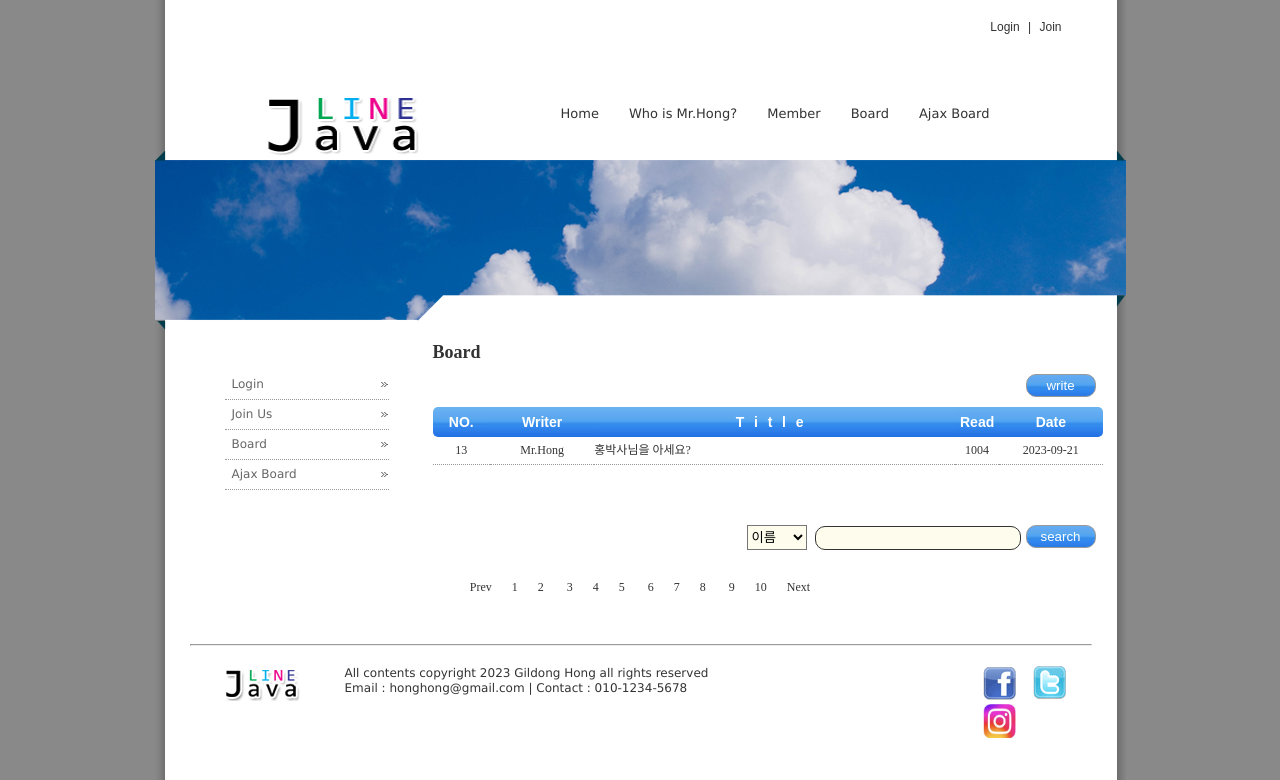
Repository: JIYEON25/model
Page: model1/myJSP/myHTML/src/main/webapp/mainpage.html
An editor plug-in stored every save of this project. The page is shown before and after the next save, followed by the edit.
The browser window is 1280 px wide. The pictures show the whole page.

Above is the page before, as saved 2023-09-20 12:18:32.

After the next save:
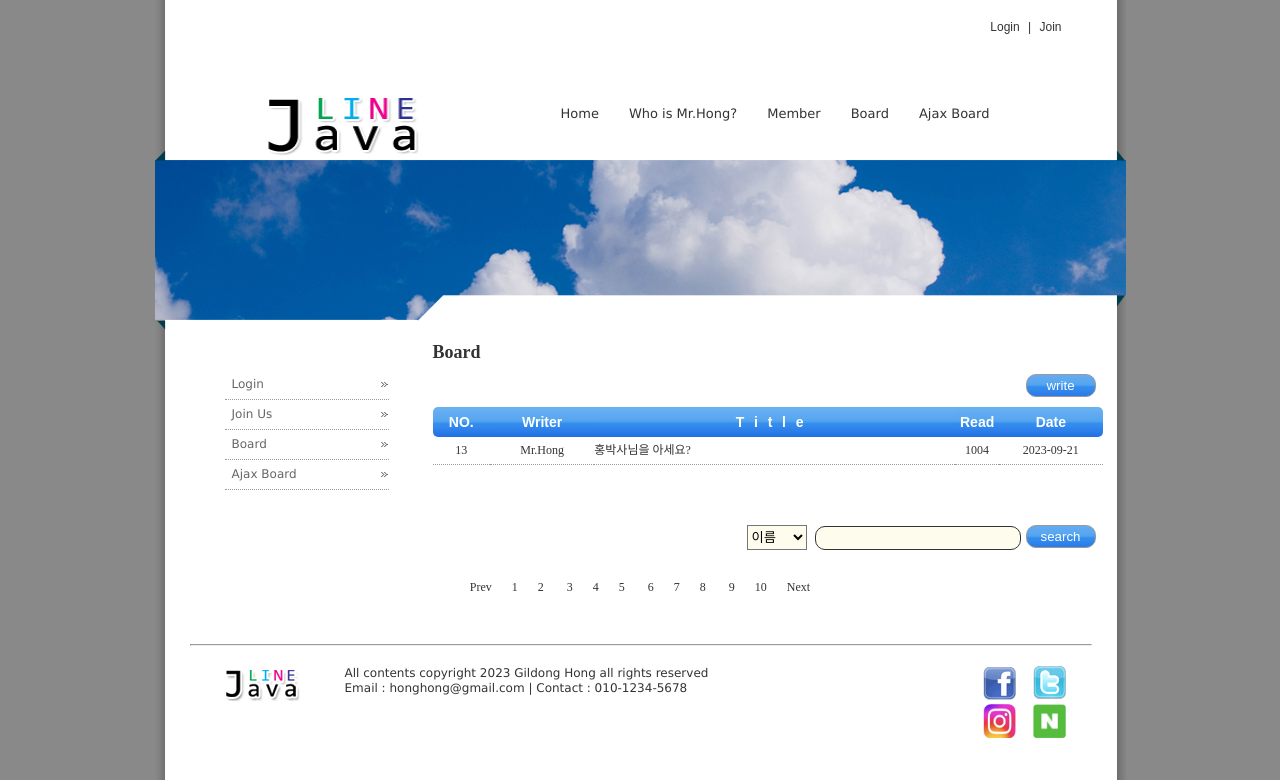
Saved 2 min 28 s later.
--- a/model1/myJSP/myHTML/src/main/webapp/mainpage.html
+++ b/model1/myJSP/myHTML/src/main/webapp/mainpage.html
@@ -89,6 +89,7 @@
 		<img src="images/facebook.gif" width="33" height="33" alt="Facdebook">
 		<img src="images/twitter.gif" width="33" height="34" alt="Twitter">
 		<img src="images/instagram.png" width="33" height="34" alt="Instagram">
+		<img src="images/naver.png" width="33" height="34" alt="Naver">
 		</div>
 	</footer>
 	</div>
